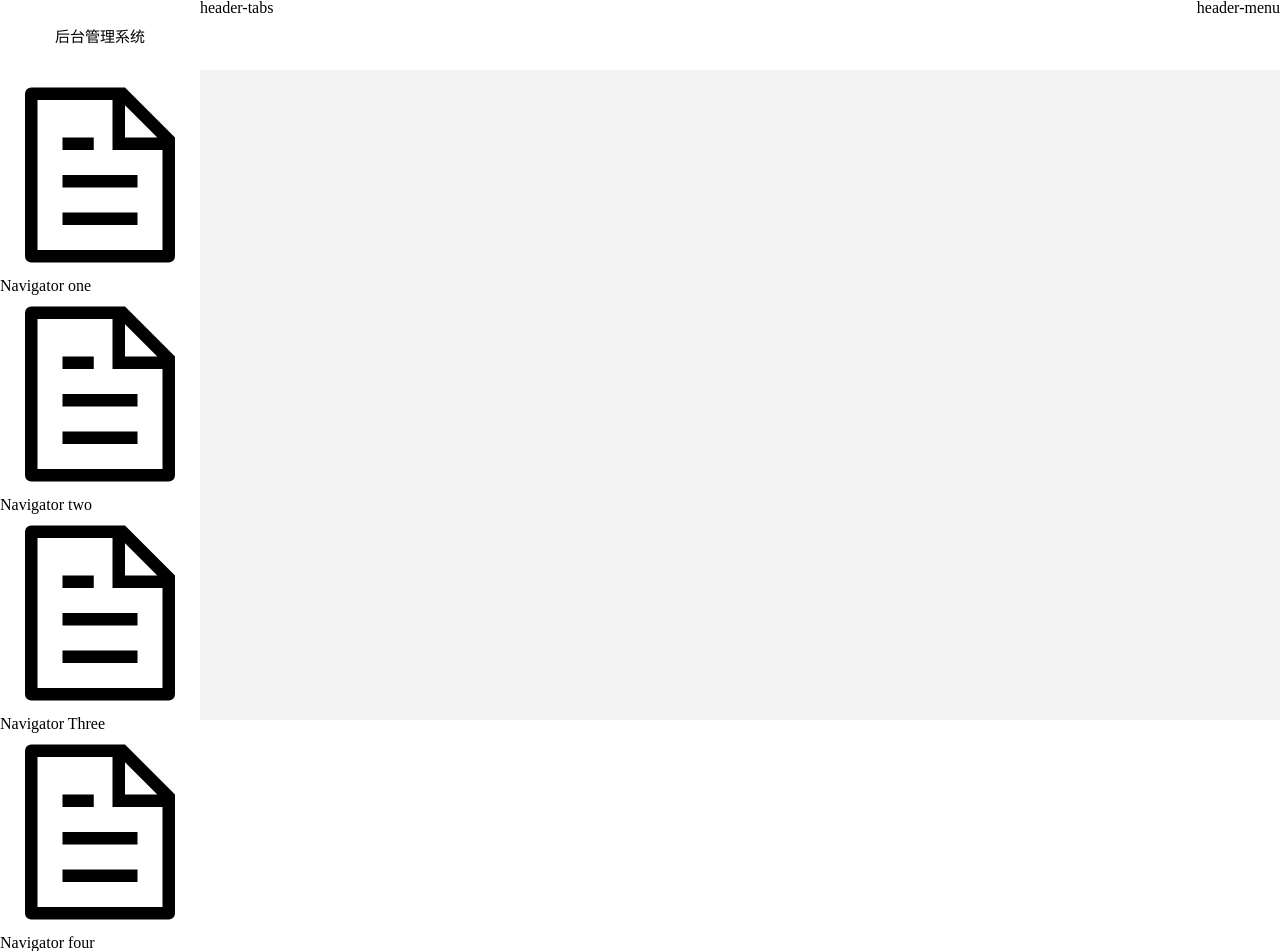
Repository: serrrN/vue-vite-template
Page: /
The author's editor kept a copy of each file at every save. The page is drawn from the files as they stood at one save, then again after the next save.
The browser window is 1280 px wide. The pictures show the whole page.
The project was rebuilt for these pictures with package versions that can differ from the ones it lists, and the page was loaded fresh each time. Also part of the build but not shown: vite.config.ts, src/styles/index.scss.

Above is the page before, as saved 2024-06-02 15:27:49.

After the next save:
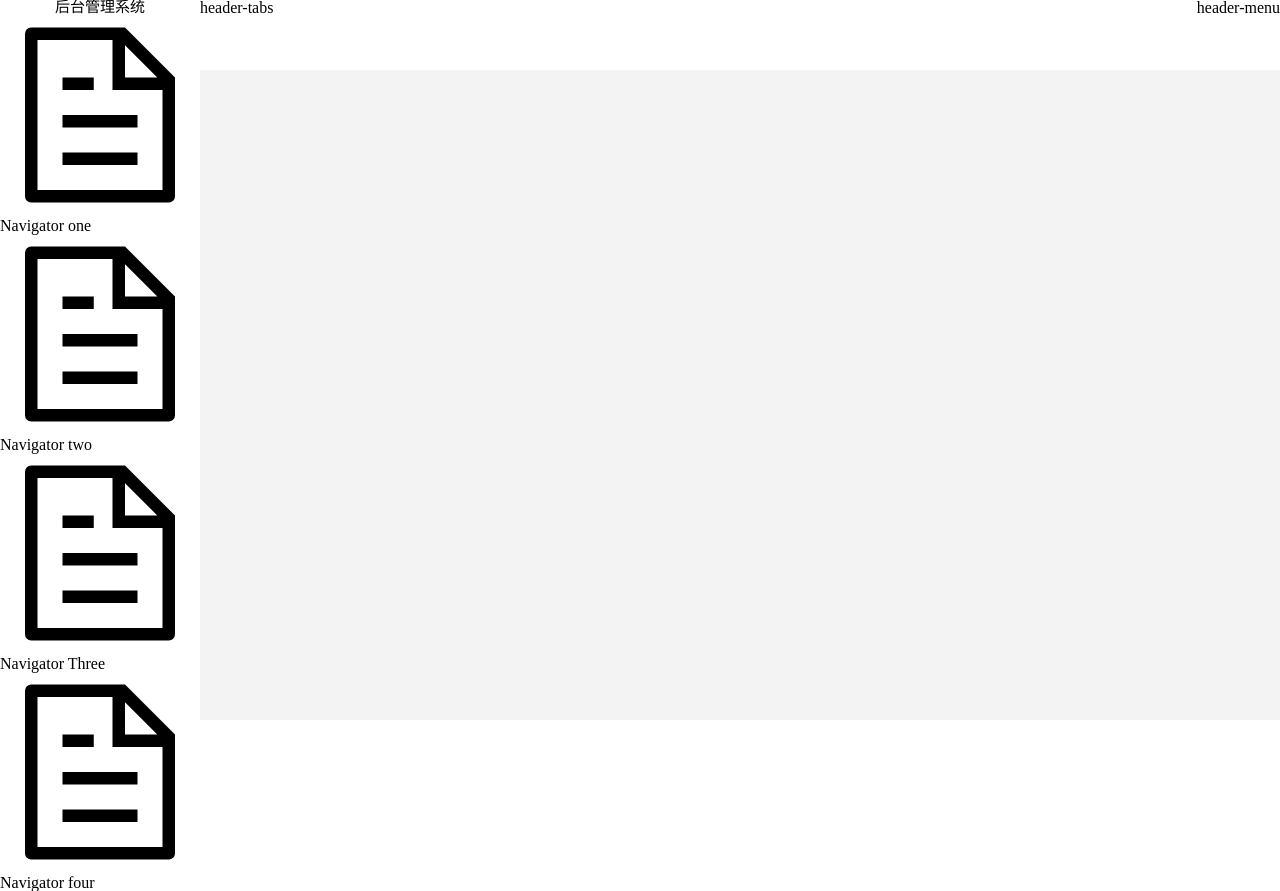
Saved 2 min 16 s later.
--- a/src/layout/menu/index.vue
+++ b/src/layout/menu/index.vue
@@ -46,7 +46,7 @@
     height:100%;
     .name{
         text-align:center;
-        padding:30px 0;
+        width: 100%;
         font-size: 15px;
     }
   }
